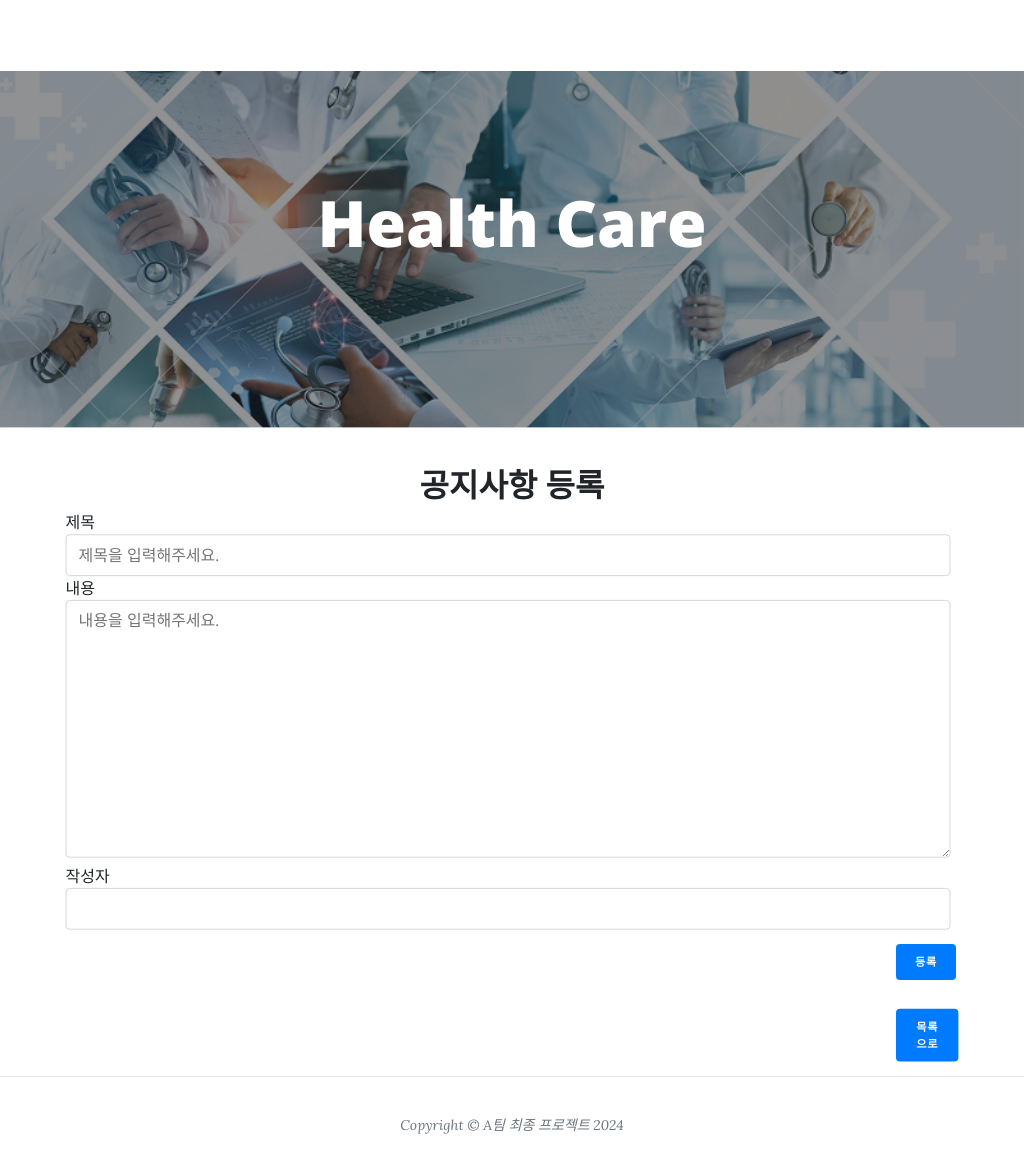
Repository: honsb91/project
Page: http://localhost/hospital/WEB-INF/views/board/notwriter.jsp
These files come from the project's save history. The page is drawn as it stood at one moment and after the next save; the edit follows.
The browser window is 1280 px wide. The pictures show the whole page, at 80% of full size.
Some web libraries are served in a nearby version. The page is served by Tomcat 9. Nobody is signed in. Other server files are loaded and not shown. The template is opened directly, without the code that normally fills it, so the values that code supplies are empty.

Above is the page before, as saved 2024-02-07 03:34:35.

### hospital/src/main/webapp/WEB-INF/views/board/notwriter.jsp
<%@ page language="java" contentType="text/html; charset=UTF-8"
    pageEncoding="UTF-8"%>
<!DOCTYPE html>
<html>
<head>
<meta charset="UTF-8">
<title>Insert title here</title>
</head>
<link rel="stylesheet" href="/resources/css/board/notwriter.css">
<script src="https://ajax.googleapis.com/ajax/libs/jquery/3.3.1/jquery.min.js"></script>
<body>
<jsp:include page="/WEB-INF/views/include/header.jsp"/>
<h1>공지사항 등록</h1>
<form id="notice_form" action="/board/notwriter" method="post">
<div class="container">
    <div class="form-container">
        <div class="menu">제목</div>
           <input type="text" name="notice_title" class="notice-subject" placeholder=" 제목을 입력해주세요.">
    </div>
    <div class="form-container">
        <div class="menu">내용</div>
           <textarea name="notice_content" cols="30" rows="10" placeholder=" 내용을 입력해주세요." class="content"></textarea>
    </div>
    <div class="form-container">
        <div class="menu">작성자</div>
        <input type="text" name="notice_writer" id="writer" class="notice-subject">
    </div>
    <div class="button-container">
    <button type="submit" class="btn">등록</button>
    <button type="button" class="btn" id="notice_list">목록으로</button>
    </div>
    </div>
</form>
<jsp:include page="/WEB-INF/views/include/footer.jsp"/>
</body>
<script>
$(document).ready(function(){
    $("#notice_list").click(function(){
        // 목록 페이지로 이동
        window.location.href = "/board/notice";
    });
});
</script>
</html>

### hospital/src/main/webapp/WEB-INF/views/include/header.jsp
<%@ page language="java" contentType="text/html; charset=UTF-8"
	pageEncoding="UTF-8"%>
<%@ taglib prefix="c" uri="http://java.sun.com/jsp/jstl/core"%>
<meta charset="UTF-8">`
<title>Insert title here</title>
<head>
<meta charset="utf-8" />
<meta name="viewport" content="width=device-width, initial-scale=1, shrink-to-fit=no" />
<meta name="description" content="" />
<meta name="author" content="" />
<link rel="icon" type="image/x-icon" href="/resources/assets/favicon.ico" />
<script src="https://use.fontawesome.com/releases/v6.3.0/js/all.js" crossorigin="anonymous"></script>
<link href="https://fonts.googleapis.com/css?family=Lora:400,700,400italic,700italic" rel="stylesheet" type="text/css" />
<link href="https://fonts.googleapis.com/css?family=Open+Sans:300italic,400italic,600italic,700italic,800italic,400,300,600,700,800"
	rel="stylesheet" type="text/css" />
<link href="/resources/css/styles.css" rel="stylesheet" />
</head>
<body>
	<!-- Navigation-->
	<nav class="navbar navbar-expand-lg navbar-light" id="mainNav">
		<div class="container px-4 px-lg-5">
			<a class="navbar-brand" href="/main">Health Care</a>
			<button class="navbar-toggler" type="button"
				data-bs-toggle="collapse" data-bs-target="#navbarResponsive"
				aria-controls="navbarResponsive" aria-expanded="false"
				aria-label="Toggle navigation">
				Menu <i class="fas fa-bars"></i>
			</button>
			<div class="collapse navbar-collapse" id="navbarResponsive">
				<ul class="navbar-nav ms-auto py-4 py-lg-0 ">
    				<li class="nav-item"><a class="nav-link px-lg-3 py-3 py-lg-4" href="/main">Home</a></li>
    				<!-- 관리자로 로그인시 faq 와 공지사항은 안보이게 처리-->
    				<c:if test="${empty admin}">
    					<li class="nav-item"><a class="nav-link px-lg-3 py-3 py-lg-4" href="<c:url value='/board/faq'/>">FAQ</a></li>
    					<li class="nav-item"><a class="nav-link px-lg-3 py-3 py-lg-4" href="<c:url value='/board/notice'/>">공지사항</a></li>
    					<li class="nav-item"><a class="nav-link px-lg-3 py-3 py-lg-4" href="<c:url value='/board/qsboard'/>">질문게시판</a></li>
    				</c:if>

    				<c:if test="${empty patient and empty admin}">
        			<!-- 로그인 안 된 경우 -->
        				<li class="nav-item"><a class="nav-link px-lg-3 py-3 py-lg-4" href="<c:url value='/member/login'/>">로그인</a></li>
        				<li class="nav-item"><a class="nav-link px-lg-3 py-3 py-lg-4" href="<c:url value='/admin/login'/>">관리자 로그인</a></li>
        				<li class="nav-item"><a class="nav-link px-lg-3 py-3 py-lg-4" href="<c:url value='/member/join'/>">회원가입</a></li>
    				</c:if>

    				<c:if test="${not empty patient}">
        			<!-- 일반 회원으로 로그인된 경우 -->
        				<li class="nav-item"><a class="nav-link px-lg-3 py-3 py-lg-4" href="<c:url value='/member/logout'/>">로그아웃</a></li>
    				</c:if>

    				<c:if test="${not empty admin}">
        			<!-- 관리자로 로그인된 경우 -->
        				<li class="nav-item"><a class="nav-link px-lg-3 py-3 py-lg-4" href="<c:url value='/board/patient'/>">환자정보 관리</a></li>
        				<li class="nav-item"><a class="nav-link px-lg-3 py-3 py-lg-4" href="<c:url value='/board/faq'/>">FAQ 관리</a></li>
        				<li class="nav-item"><a class="nav-link px-lg-3 py-3 py-lg-4" href="<c:url value='/board/notice'/>">공지사항 관리</a></li>
        				<li class="nav-item"><a class="nav-link px-lg-3 py-3 py-lg-4" href="<c:url value='/admin/logout'/>">로그아웃</a></li>
    				</c:if>
				</ul>
			</div>
		</div>
	</nav>
	<!-- Page Header-->
	<header class="masthead" style="background-image: url('/resources/assets/img/test4.png')">
		<div class="container position-relative px-4 px-lg-5">
			<div class="row gx-4 gx-lg-5 justify-content-center">
				<div class="col-md-10 col-lg-8 col-xl-7">
					<div class="site-heading">
						<h1>Health Care</h1>
					</div>
				</div>
			</div>
		</div>
	</header>

### hospital/src/main/webapp/WEB-INF/views/include/footer.jsp
<%@ page language="java" contentType="text/html; charset=UTF-8"
    pageEncoding="UTF-8"%>
<!DOCTYPE html>
<html>
<head>
<meta charset="UTF-8">
<title>Insert title here</title>
</head>
<body>
<footer class="border-top">
		<div class="container px-4 px-lg-5">
			<div class="row gx-4 gx-lg-5 justify-content-center">
				<div class="col-md-10 col-lg-8 col-xl-7">
					<div class="small text-center text-muted fst-italic">Copyright
						&copy; A팀 최종 프로젝트 2024</div>
				</div>
			</div>
		</div>
	</footer>
	<!-- Bootstrap core JS-->
	<script
		src="https://cdn.jsdelivr.net/npm/bootstrap@5.2.3/dist/js/bootstrap.bundle.min.js"></script>
	<!-- Core theme JS-->
	<script src="js/scripts.js"></script>
</body>
</html>

### hospital/src/main/webapp/resources/css/board/notwriter.css

h1 {
    text-align: center;
}

/* form {
    max-width: 4000px;
    margin: 0 auto;
} */

input[type="text"]{
	width: calc(100% - 10px);
    padding: 10px;
    border-radius: 5px;
    border: 1px solid #ccc;
}

textarea {
    width: calc(100% - 10px);
    padding: 10px;
    border-radius: 5px;
    border: 1px solid #ccc;
}

button.btn {
    padding: 12px 24px;
    background-color: #007bff;
    color: #fff;
    border: none;
    border-radius: 5px;
    cursor: pointer;
    margin-top: 18px;
    margin-bottom: 18px;
    margin-left: 93%;
}
button.btn:hover {
    background-color: #4da6ff; /* 호버 시 배경색 변경 */
}

### hospital/src/main/webapp/resources/js/scripts.js
/*!
* Start Bootstrap - Clean Blog v6.0.9 (https://startbootstrap.com/theme/clean-blog)
* Copyright 2013-2023 Start Bootstrap
* Licensed under MIT (https://github.com/StartBootstrap/startbootstrap-clean-blog/blob/master/LICENSE)
*/
window.addEventListener('DOMContentLoaded', () => {
    let scrollPos = 0;
    const mainNav = document.getElementById('mainNav');
    const headerHeight = mainNav.clientHeight;
    window.addEventListener('scroll', function() {
        const currentTop = document.body.getBoundingClientRect().top * -1;
        if ( currentTop < scrollPos) {
            // Scrolling Up
            if (currentTop > 0 && mainNav.classList.contains('is-fixed')) {
                mainNav.classList.add('is-visible');
            } else {
                console.log(123);
                mainNav.classList.remove('is-visible', 'is-fixed');
            }
        } else {
            // Scrolling Down
            mainNav.classList.remove(['is-visible']);
            if (currentTop > headerHeight && !mainNav.classList.contains('is-fixed')) {
                mainNav.classList.add('is-fixed');
            }
        }
        scrollPos = currentTop;
    });
})

Loaded but not shown: hospital/src/main/webapp/resources/css/styles.css (library)

After the next save:
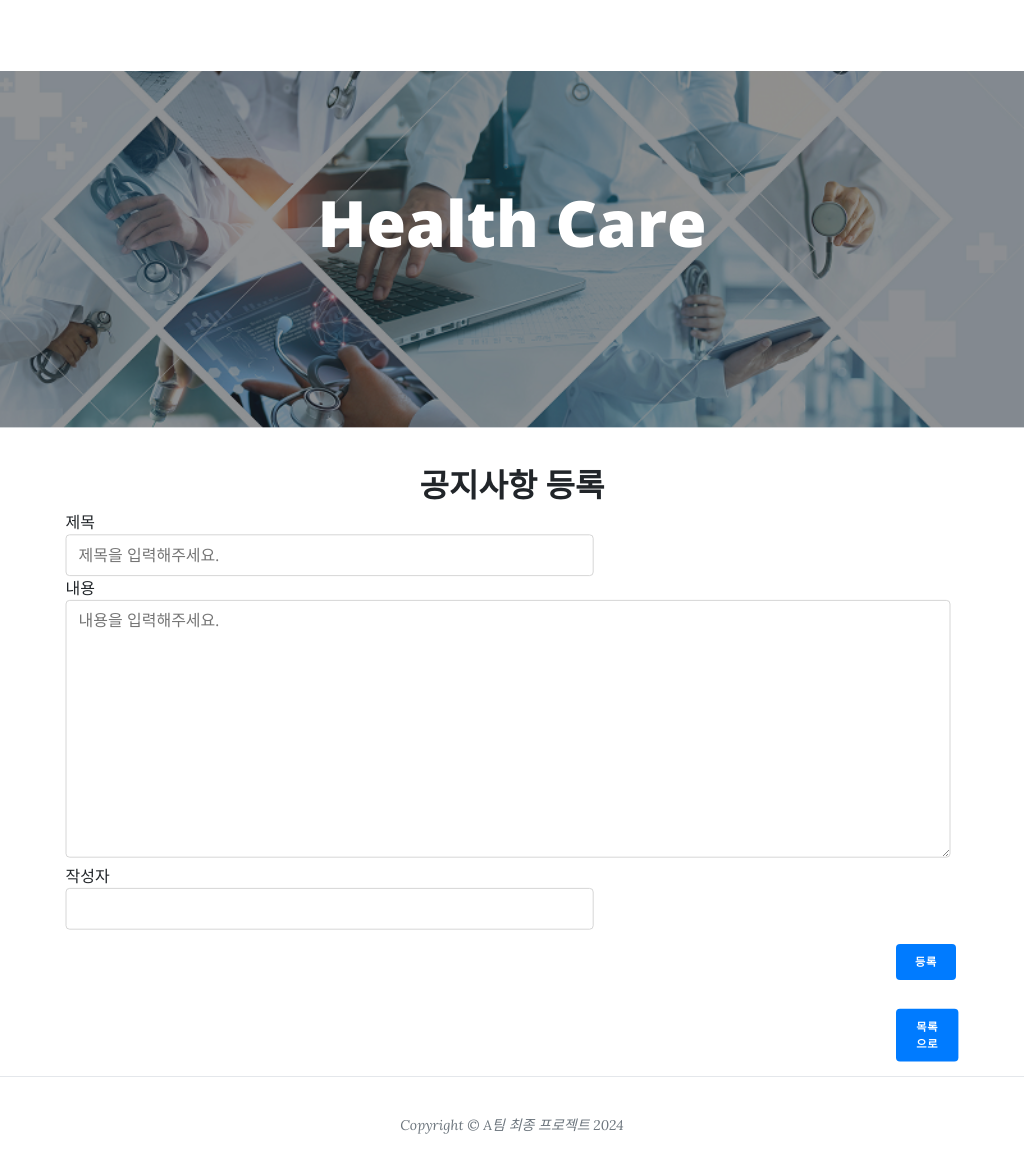
Saved 45 s later.
--- a/hospital/src/main/webapp/resources/css/board/notwriter.css
+++ b/hospital/src/main/webapp/resources/css/board/notwriter.css
@@ -9,7 +9,7 @@ h1 {
 } */
 
 input[type="text"]{
-	width: calc(100% - 10px);
+	width: calc(60% - 10px);
     padding: 10px;
     border-radius: 5px;
     border: 1px solid #ccc;
